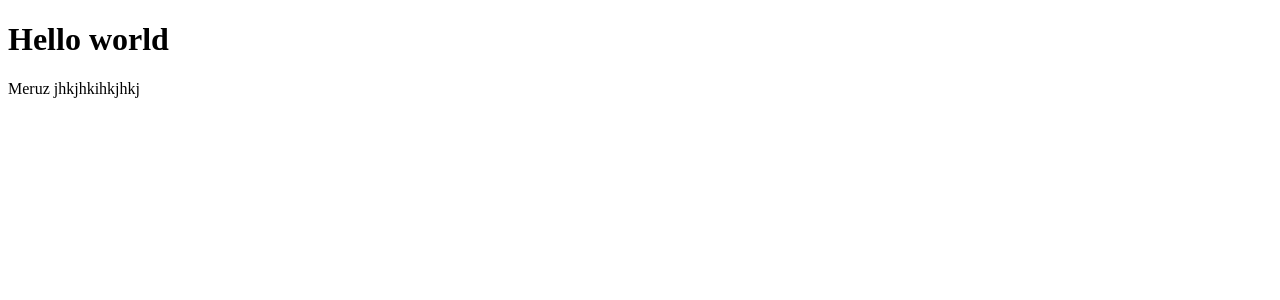
Repository: tronixafrica/testing
Page: index.html
An editor plug-in stored every save of this project. The page is shown before and after the next save, followed by the edit.
The browser window is 1280 px wide. The pictures show the whole page.

Above is the page before, as saved 2022-06-29 13:10:41.

After the next save:
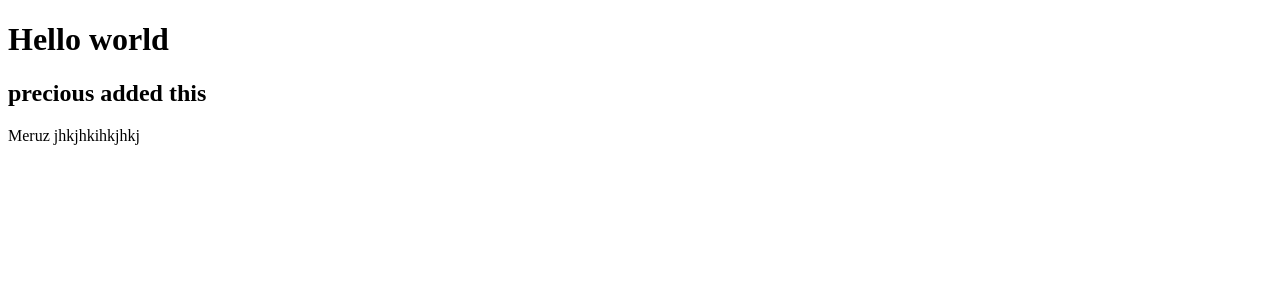
Saved 2 min 9 s later.
--- a/index.html
+++ b/index.html
@@ -8,6 +8,7 @@
   </head>
   <body>
     <h1>Hello world</h1>
+    <h2>precious added this</h2>
     <div>Meruz jhkjhkihkjhkj</div>
   </body>
 </html>
